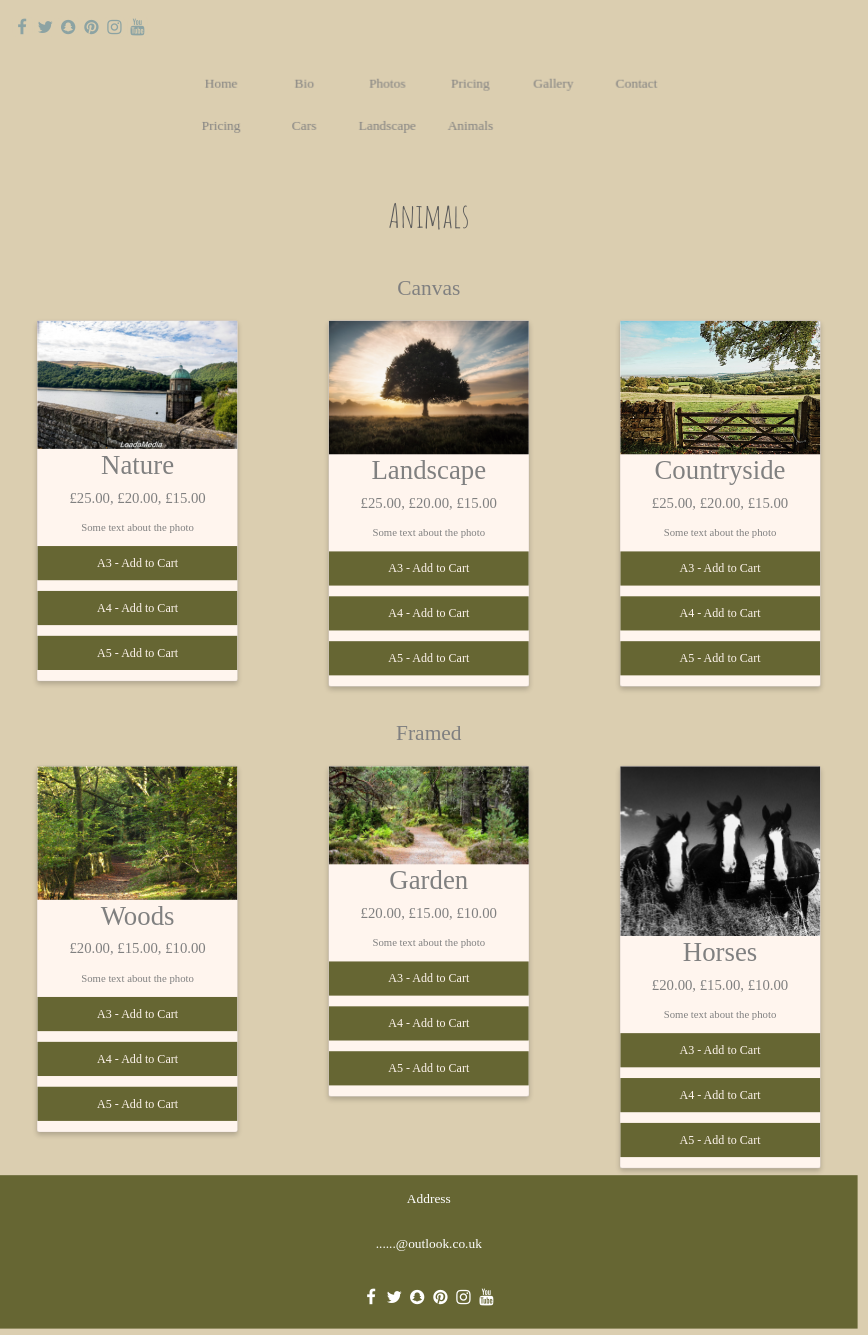
Repository: elizabeth24602/LoaderMedia
Page: landscape.html
The author's editor kept a record of every edit. The page is drawn from the files as they stood at one moment, then again after the next edit.
The browser window is 1280 px wide. The page is 1296 px wide, so the pictures cover 1296 px, including what lies to the right of the window. The pictures show the whole page, at 67% of full size.
Some web fonts or font styles are not loaded; a fallback is used.

Above is the page before.
Console error: TypeError: Cannot read properties of null (reading 'textContent')
Not found: Assests/images/

### landscape.html
<!DOCTYPE html>
<html lang="en">
<head>
    <meta charset="UTF-8">
    <meta name="viewport" content="width=device-width, initial-scale=1.0">
    <meta http-equiv="X-UA-Compatible" content="ie=edge">

    <link rel="stylesheet" href="static/css/bootstrap.min.css" type="text/css" />
    <link rel="stylesheet" href="static/css/dc.min.css" type="text/css" />



    <link rel="stylesheet" href="https://stackpath.bootstrapcdn.com/bootstrap/4.3.1/css/bootstrap.min.css" type="text/css" />
    <link rel="stylesheet" href="https://stackpath.bootstrapcdn.com/font-awesome/4.7.0/css/font-awesome.min.css" type="text/css" />
    <link href="https://fonts.googleapis.com/css?family=Lacquer&display=swap" rel="stylesheet">
    <link href="https://fonts.googleapis.com/css?family=Beth+Ellen&display=swap" rel="stylesheet">
    <link rel="stylesheet" href="https://cdnjs.cloudflare.com/ajax/libs/hover.css/2.3.1/css/hover-min.css" type="text/css" />
    <link rel="stylesheet" href="Assests/images/" type="text/css" />
    <link rel="stylesheet" href="Assests/css/style.css" type="text/css" />

    <title>Loader Media</title>

     <script type="text/javascript" src="static/js/d3.min.js"></script>
    <script type="text/javascript" src="static/js/crossfilter.min.js"></script>
    <script type="text/javascript" src="static/js/dc.min.js"></script>
    <script type="text/javascript" src="static/js/queue.min.js"></script>
    <script type="text/javascript" src="static/js/graph.js"></script>

</head>
<body>
     <header class="container-fluid">
        <div id="social-links" class="row">
        <div class="col-sm-4">
                <ul class="list-inline social-links">
                    <li class="list-inline-item">
                        <a target="_blank" href="#">
                            <i class="fa fa-facebook" aria-hidden="true"></i>
                            <span class="sr-only">Facebook</span>
                        </a>
                    </li>
                    <li class="list-inline-item">
                        <a target="_blank" href="#">
                            <i class="fa fa-twitter" aria-hidden="true"></i>
                            <span class="sr-only">Twitter</span>
                        </a>
                    </li>
                    <li class="list-inline-item">
                        <a target="_blank" href="#">
                            <i class="fa fa-snapchat" aria-hidden="true"></i>
                            <span class="sr-only">Snapchat</span>
                        </a>
                    </li>
                    <li class="list-inline-item">
                        <a target="_blank" href="#">
                            <i class="fa fa-pinterest" aria-hidden="true"></i>
                            <span class="sr-only">Pinterest</span>
                        </a>
                    </li>
                    <li class="list-inline-item">
                        <a target="_blank" href="#">
                            <i class="fa fa-instagram" aria-hidden="true"></i>
                            <span class="sr-only">Instagram</span>
                        </a>
                    </li>
                    <li class="list-inline-item">
                        <a target="_blank" href="#">
                            <i class="fa fa-youtube" aria-hidden="true"></i>
                            <span class="sr-only">YouTube</span>
                        </a>
                    </li>
                </ul>
            </div>
        </div>
         <div class="row no-gutters">
            <div class="col">
                <ul id="nav" class="list-inline menucontainer">
                    <li class="col-4 col-sm-2 ui-menu-color-home list-inline-item menuitem">
                        <a href="index.html" class="hvr-underline-from-center"><span>Home</span></a>
                    </li>
                    <li class="col-4 col-sm-2 ui-menu-color-bio list-inline-item menuitem">
                        <a href="bio.html" class="hvr-underline-from-center"><span>Bio</span></a>
                    </li>
                     <li class="col-4 col-sm-2 ui-menu-color-photos list-inline-item menuitem">
                        <a href="photos.html" class="hvr-underline-from-center"><span>Photos</span></a>
                    </li>
                    <li class="col-4 col-sm-2 ui-menu-color-pricing list-inline-item menuitem">
                        <a href="pricing.html" class="hvr-underline-from-center"><span>Pricing</span></a>
                    </li>
                    <li class="col-4 col-sm-2 ui-menu-color-gallery list-inline-item menuitem">
                        <a href="gallery.html" class="hvr-underline-from-center"><span>Gallery</span></a>
                    </li>
                    <li class="col-4 col-sm-2 ui-menu-color-contact list-inline-item menuitem">
                        <a href="contact.html" class="hvr-underline-from-center"><span>Contact</span></a>
                    </li>
                </ul>
            </div>
        </div>

         <div class="row no-gutters">
            <div class="col-sm-12">
                <ul id="nav" class="list-inline menucontainer">
                    <li class="col-4 col-sm-2 ui-menu-color-pricing list-inline-item menuitem">
                        <a href="pricing.html" class="hvr-underline-from-center"><span>Pricing</span></span></a>
                    </li>
                    <li class="col-4 col-sm-2 ui-menu-color-cars list-inline-item menuitem">
                        <a href="cars.html" class="hvr-underline-from-center"><span>Cars</span></a>
                    </li>
                     <li class="col-4 col-sm-2 ui-menu-color-landscape list-inline-item menuitem">
                        <a href="landscape.html.html" class="hvr-underline-from-center"><span>Landscape</span></a>
                    </li>
                    <li class="col-4 col-sm-2 ui-menu-color-animals list-inline-item menuitem">
                        <a href="animals.html" class="hvr-underline-from-center"><span>Animals</span></a>
                    </li>
                </ul>
            </div>
        </div>

        <div class="row no-gutters">
            <div class="col headings">
                <h3 class="name3">Animals</h3>
            </div>
        </div>
    </header>

    <section>

    <div class="row">
        <div class="col-sm-12">
            <h2 class="canvas">Canvas</h2>
        </div>
    </div>

    <div class="row">
    <div class="col-sm-4">
        <div class="card">
          <img src="Assests/images/nature.jpg" alt="nature" style="width:100%">
          <h1>Nature</h1>
              <p class="price">£25.00, £20.00, £15.00</p>
              <p>Some text about the photo</p>
              <p><button>A3 - Add to Cart</button></p>
              <p><button>A4 - Add to Cart</button></p>
              <p><button>A5 - Add to Cart</button></p>
        </div>
    </div>

    <div class="col-sm-4">
        <div class="card">
          <img src="Assests/images/landscape.jpg" alt="landscape" style="width:100%">
          <h1>Landscape</h1>
              <p class="price">£25.00, £20.00, £15.00</p>
              <p>Some text about the photo</p>
              <p><button>A3 - Add to Cart</button></p>
              <p><button>A4 - Add to Cart</button></p>
              <p><button>A5 - Add to Cart</button></p>
        </div>
    </div>

    <div class="col-sm-4">
        <div class="card">
          <img src="Assests/images/countryside.jpg" alt="countryside" style="width:100%">
          <h1>Countryside</h1>
              <p class="price">£25.00, £20.00, £15.00</p>
              <p>Some text about the photo</p>
              <p><button>A3 - Add to Cart</button></p>
              <p><button>A4 - Add to Cart</button></p>
              <p><button>A5 - Add to Cart</button></p>
        </div>
    </div>
</div>

    <div class="row">
        <div class="col-sm-12">
            <h2 class="canvas">Framed</h2>
        </div>
    </div>

    <div class="row">
    <div class="col-sm-4">
        <div class="card">
          <img src="Assests/images/woods.jpg" alt="woods" style="width:100%">
          <h1>Woods</h1>
              <p class="price">£20.00, £15.00, £10.00</p>
              <p>Some text about the photo</p>
              <p><button>A3 - Add to Cart</button></p>
              <p><button>A4 - Add to Cart</button></p>
              <p><button>A5 - Add to Cart</button></p>
        </div>
    </div>

    <div class="col-sm-4">
        <div class="card">
          <img src="Assests/images/endangered.jpg" alt="endangered" style="width:100%">
          <h1>Garden</h1>
              <p class="price">£20.00, £15.00, £10.00</p>
              <p>Some text about the photo</p>
              <p><button>A3 - Add to Cart</button></p>
              <p><button>A4 - Add to Cart</button></p>
              <p><button>A5 - Add to Cart</button></p>
        </div>
    </div>

    <div class="col-sm-4">
        <div class="card">
          <img src="Assests/images/horses.jpg" alt="horses" style="width:100%">
          <h1>Horses</h1>
              <p class="price">£20.00, £15.00, £10.00</p>
              <p>Some text about the photo</p>
              <p><button>A3 - Add to Cart</button></p>
              <p><button>A4 - Add to Cart</button></p>
              <p><button>A5 - Add to Cart</button></p>
        </div>
    </div>
</div>



    </section>

    <footer class="container-fluid bottom">
    <div id="footer-details" class="row">
        <div class="col-sm-12">
            <p class="address">Address</p>
        </div>
    </div>
        <div class="row">
            <div class="col-sm-12">
                <p class="email">......@outlook.co.uk</p>
            </div>
        </div>
        <div class="row">
            <div class="col-sm-12">
                        <ul class="list-inline social-links2 container-fluid">
                    <li class="list-inline-item">
                        <a target="_blank" href="#">
                            <i class="fa fa-facebook" aria-hidden="true"></i>
                            <span class="sr-only">Facebook</span>
                        </a>
                    </li>
                    <li class="list-inline-item">
                        <a target="_blank" href="#">
                            <i class="fa fa-twitter" aria-hidden="true"></i>
                            <span class="sr-only">Twitter</span>
                        </a>
                    </li>
                    <li class="list-inline-item">
                        <a target="_blank" href="#">
                            <i class="fa fa-snapchat" aria-hidden="true"></i>
                            <span class="sr-only">Snapchat</span>
                        </a>
                    </li>
                    <li class="list-inline-item">
                        <a target="_blank" href="#">
                            <i class="fa fa-pinterest" aria-hidden="true"></i>
                            <span class="sr-only">Pinterest</span>
                        </a>
                    </li>
                    <li class="list-inline-item">
                        <a target="_blank" href="#">
                            <i class="fa fa-instagram" aria-hidden="true"></i>
                            <span class="sr-only">Instagram</span>
                        </a>
                    </li>
                    <li class="list-inline-item">
                        <a target="_blank" href="#">
                            <i class="fa fa-youtube" aria-hidden="true"></i>
                            <span class="sr-only">YouTube</span>
                        </a>
                    </li>
                </ul>
            </div>
        </div>
    </footer>

</body>
</html>

### Assests/css/style.css
@import url('https://fonts.googleapis.com/css?family=Lacquer:100,200,300,400,500,600,700|Beth+Ellen:100,200,300,400,500,600,700|Pacifico:100,200,300,400,500,600,700|Amatic+SC:100,200,300,400,500,600,700');

/*-------------------------------Website Name */

.name {
    font-family: "Beth+Ellen";
     font-weight: 100;
    font-size: 80px;
    margin-top: 70px;
    text-align: center;
    color: #ffffff;
}

.name3 {
    font-family: "Amatic SC";
     font-weight: 60;
    font-size: 50px;
    margin-top: 70px;
    text-align: center;
    color: #595959;
}

/*-------------------------------Background */

body {
  background-color: #dbceb0;
}

/*-------------------------------Social */

.social-links {
    padding-top: 15px;
    padding-bottom: 15px;
}

.social-links li a i {
    width: 30px;
    height: 30px;
    padding: 12px 0;
    border-radius: 20%;
    font-size: 25px;
    line-height: 7px;
    text-align: center;
    color: #8ca3a3;
    background: #dbceb0;
    transition: all 0.35s ease-in-out;
    -moz-transition: all 0.35s ease-in-out;
    -webkit-transition: all 0.35s ease-in-out;
    -o-transition: all 0.35s ease-in-out;
}

/*-------------------------------menu */


.list-inline-item:not(:last-child) {
    margin: 0;
}

.menucontainer {
    font-size: 0;
    margin: auto;
    width: 60%;
    padding: 10px;
}

#nav li {
    font-size: 20px;
    font-family: 'Beth+Ellen';
    padding: 0;
}

.menuitem {
    text-align: center;
    padding: 0;
}

.body {
    text-align: center;
}


.menuitem2 a {
    width: 100%;
    text-decoration: none;
    color: #ffffff;
}

.menuitem a {
    width: 100%;
    text-decoration: none;
    color: #808080;
}

.hvr-underline-from-center:before {
    background-color: #ffffff;
    color: #d3d3d3;
}


.a:hover {
    text-decoration: none;
}

/*-------------------------------Footer */


.bottom {
    background-color: #666633;
    color: #ffffff;
    left: 0;
    bottom: 0;
    width: 100%;
    text-align: center;
}


.address {
    color: #ffffff;
    text-align: center;
    font-family: "Beth+Ellen";
    padding-top: 20px;
    font-size: 20px;
}
.email {
    color: #ffffff;
    text-align: center;
    font-family: "Beth+Ellen";
    padding: 10px;
    font-size: 20px;
}

.social-links2 {
    padding-top: 15px;
    padding-bottom: 15px;
    text-align: center;
}

.social-links2 li a i {
    width: 30px;
    height: 30px;
    padding: 12px 0;
    border-radius: 20%;
    font-size: 25px;
    line-height: 7px;
    text-align: center;
    color: #ffffff;
    transition: all 0.35s ease-in-out;
    -moz-transition: all 0.35s ease-in-out;
    -webkit-transition: all 0.35s ease-in-out;
    -o-transition: all 0.35s ease-in-out;
}

/*-------------------------------Home */

.index {
  background-image: url("../images/bryn.jpg");
  background-color: #fff5ee;
  height: 500px;
  background-position: cover;
  background-repeat: no-repeat;
  background-size: cover;
  text-align: center;
  background-attachment: scroll;
  min-height: 100%;
  min-width: 1024px;

  /* Set up proportionate scaling */
  width: 100%;
  height: auto;

  /* Set up positioning */
  position: fixed;
  top: 0;
  left: 0;
}

body {
  font-family: "Beth+Ellen", sans-serif;
}

.sidebar {
  height: 100%;
  width: 0;
  position: fixed;
  z-index: 1;
  top: 0;
  left: 0;
  background-color: #666633;
  overflow-x: hidden;
  transition: 0.5s;
  padding-top: 60px;
}

.sidebar a {
  padding: 8px 8px 8px 32px;
  text-decoration: none;
  font-size: 30px;
  font-family: "Amatic SC";
  color: #ffffff;
  display: block;
  transition: 0.3s;
}

.sidebar a:hover {
  color: #f1f1f1;
}

.sidebar .closebtn {
  position: relative;
  top: 0;
  right: 25px;
  font-size: 36px;
  margin-left: 50px;
}

.openbtn {
  font-size: 20px;
  cursor: pointer;
  background-color: #111;
  color: white;
  padding: 10px 15px;
  border: none;
}

.openbtn:hover {
  background-color: #444;
}

#main {
  transition: margin-left .5s;
  padding: 16px;
}

/* On smaller screens, where height is less than 450px, change the style of the sidenav (less padding and a smaller font size) */
@media screen and (max-height: 450px) {
  .sidebar {padding-top: 15px;}
  .sidebar a {font-size: 18px;}
}


/*-------------------------------Bio */

.silhouette {
  display: block;
  margin-left: auto;
  margin-right: auto;
  width: 80%;
  margin-top: 20px;
  margin-bottom: 20px;
}

.bio {
  font-family: "Beth+Ellen";
  text-align: center;
  margin-bottom: 20px;
}

.camera2 {
  display: block;
  margin-left: 10px;
  margin-right: 10px;
  width: 100%;
  margin-top: 20px;
  margin-bottom: 20px;
}

* {
  box-sizing: border-box;
}

.portfolio {
  font-family: "Beth+Ellen"
}

.main {
  max-width: 1000px;
  margin: auto;
}

.row {
  margin: 10px -16px;
}

.row,
.row > .column {
  padding: 8px;
}

.column {
  float: left;
  width: 33.33%;
}

.row:after {
  content: "";
  display: table;
  clear: both;
}

.content {
  background-color: #dbceb0;
  padding: 10px;
  font-family: "Beth+Ellen";
  text-align: center;
}

.show {
  display: block;
}

.btn {
  border: none;
  outline: none;
  padding: 12px 16px;
  background-color: #666633;
  color: #ffffff;
  font-family: "Beth+Ellen";
  cursor: pointer;
}

.btn:hover {
  background-color: #ddd;
}

.btn.active {
  background-color: #fff5ee;
  color: #808080;
}

/*-----------------------------Photos (Used W3 Schools to help with code, made my own modifications and altered coding)*/

.accordion {
  background-color: #666633;
  color: #ffffff;
  font-family: "Beth+Ellen";
  text-align: center;
  cursor: pointer;
  padding: 18px;
  margin: 20px;
  width: 100%;
  border: none;
  outline: none;
  font-size: 30px;
  transition: 0.4s;
}

.active, .accordion:hover {
  background-color: #fff5ee;
   color: #808080;
}

.panel {
  padding: 0 18px;
  display: none;
  background-color: #dbceb0;
  overflow: hidden;
  font-family: "Beth+Ellen";
  color: #808080;
  text-align: left;
  width: 50%
  font-size: 20px;
}

.row > .column {
  padding: 0 8px;
}

.row:after {
  content: "";
  display: table;
  clear: both;
}

.column {
  float: left;
  width: 25%;
}

.modal {
  display: none;
  position: fixed;
  z-index: 1;
  padding-top: 100px;
  left: 0;
  top: 0;
  width: 100%;
  height: 100%;
  overflow: auto;
  background-color: #666633;
}

.modal-content {
  position: relative;
  background-color: #fff5ee;
  margin: auto;
  padding: 0;
  width: 90%;
  max-width: 1200px;
}

.close {
  color: white;
  position: absolute;
  top: 10px;
  right: 25px;
  font-size: 35px;
  font-weight: bold;
}

.close:hover,
.close:focus {
  color: #999;
  text-decoration: none;
  cursor: pointer;
}

.mySlides {
  display: none;
}

.prev,
.next {
  cursor: pointer;
  position: absolute;
  top: 50%;
  width: auto;
  padding: 16px;
  margin-top: -50px;
  color: white;
  font-weight: bold;
  font-size: 20px;
  transition: 0.6s ease;
  border-radius: 0 3px 3px 0;
  user-select: none;
  -webkit-user-select: none;
}

.next {
  right: 0;
  border-radius: 3px 0 0 3px;
}

.prev:hover,
.next:hover {
  background-color: #fff5ee;
}

.numbertext {
  color: #000000;
  font-size: 12px;
  padding: 8px 12px;
  position: absolute;
  top: 0;
}

.caption-container {
  text-align: center;
  font-family: "Beth+Ellen"
  padding: 2px 16px;
  color: #808080;
}

img.demo {
  opacity: 0.6;
}

.active,
.demo:hover {
  opacity: 1;
}

img.hover-shadow {
  transition: 0.3s;
}

.hover-shadow:hover {
  box-shadow: 0 4px 8px 0 rgba(0, 0, 0, 0.2), 0 6px 20px 0 rgba(0, 0, 0, 0.19);
}


/*-------------------------------Pricing */
.dropbtn {
  background-color: #666633;
  color: white;
  font-family: "Pacifico";
  padding: 16px;
  margin-top: 20%;
  margin-left: 50%;
  margin-right: 50%;
  margin-bottom: 10px;
  font-size: 20px;
  border: none;
  cursor: pointer;
}

.dropbtn:hover, .dropbtn:focus {
  background-color: #fff5ee;
  color: #808080;
}

.dropdown {
  position: center;
  display: inline-block;
}

.dropdown-content {
  display: none;
  position: center;
  margin-right: 50%;
  margin-left: 50%;
  margin-top: 10px;
  margin-bottom: 10px;
  background-color: #fff5ee;
  min-width: 160px;
  overflow: auto;
  box-shadow: 0px 8px 16px 0px rgba(0,0,0,0.2);
  z-index: 1;
}

.dropdown-content a {
  color: #808090;
  font-family: "Pacifico";
  text-align: center;
  padding: 12px 16px;
  text-decoration: none;
  display: block;
}

.dropdown a:hover {background-color: #666633;}

.show {display: block;}

/*-------------------------------Cars, Landscape, Anoimals */
.canvas {
  color: #808080;
  font-family: "Beth+Ellen";
  text-align: center;
  margin-bottom: 20px;
  margin-top: 40px;
}
.card {
  box-shadow: 0 4px 8px 0 rgba(0, 0, 0, 0.2);
  max-width: 300px;
  margin: auto;
  text-align: center;
  font-family: "Beth+Ellen";
  color: #808080;
  background-color: #fff5ee;
}

.price {
  color: grey;
  font-size: 22px;
}

.card button {
  border: none;
  outline: 0;
  padding: 12px;
  color: #fff5ee;
  background-color: #666633;
  text-align: center;
  cursor: pointer;
  width: 100%;
  font-size: 18px;
}

.card button:hover {
  opacity: 0.7;
}

/*-------------------------------Gallery */
.row {
  display: flex;
  flex-wrap: wrap;
  padding: 0 4px;
}

/* Create four equal columns that sits next to each other */
.column {
  flex: 25%;
  max-width: 25%;
  padding: 0 4px;
}

.column img {
  margin-top: 20px;
  margin-bottom: 10px;
  margin-left: 10px;
  margin-right: 10px;
  vertical-align: middle;
  width: 100%;
}

/* Responsive layout - makes a two column-layout instead of four columns */
@media screen and (max-width: 800px) {
  .column {
    flex: 50%;
    max-width: 50%;
  }
}

/* Responsive layout - makes the two columns stack on top of each other instead of next to each other */
@media screen and (max-width: 600px) {
  .column {
    flex: 100%;
    max-width: 100%;
  }
}
/*-------------------------------contact */

.contact-heading {
    font-family: "Beth+Ellen";
    text-align: center;
    font-weight: 100;
    margin-top: 25px;
    margin-bottom: 20px;
    color: #808080;
}

.text-center {
    font-family: "pacifico";
    text-align: center;
    font-weight: 100;
    margin-top: 25px;
    margin-bottom: 20px;
    color: #808080;
}


.center-form {
    padding-top: 10px;
    margin: 0 auto;
    max-width: 70%;
    font-family: "Beth+Ellen";
}

button[type="submit"] {
    margin-top: 15px;
    margin-bottom: 20px;
    background-color: #666633;
    color: #fafafa;
    font-family: "Beth+Ellen";
}

.chat {
   font-family: "Beth+Ellen";
    font-weight: 100;
    margin-top: 180px;
    margin-bottom: 20px;
    text-align: center;
    color: #595959;
}

.number {
     font-family: "pacifico";
    font-weight: 100;
    margin-top: 125px;
    margin-bottom: 20px;
    text-align: center;
    color: #808080;
}

.laptop {
    display: block;
  margin-left: auto;
  margin-right: auto;
  margin-top: 20px;
  width: 90%;
}

.phone {
  display: block;
  margin-left: auto;
  margin-right: auto;
  margin-top: 20px;
  margin-bottom: 20px;
  width: 90%;
  border-radius: 8px;
}

Loaded but not shown: static/css/bootstrap.min.css (library); static/css/dc.min.css (library); static/js/d3.min.js (library); static/js/crossfilter.min.js (library); static/js/dc.min.js (library); static/js/queue.min.js (common file); static/js/graph.js (141 lines, source omitted)

After the next edit:
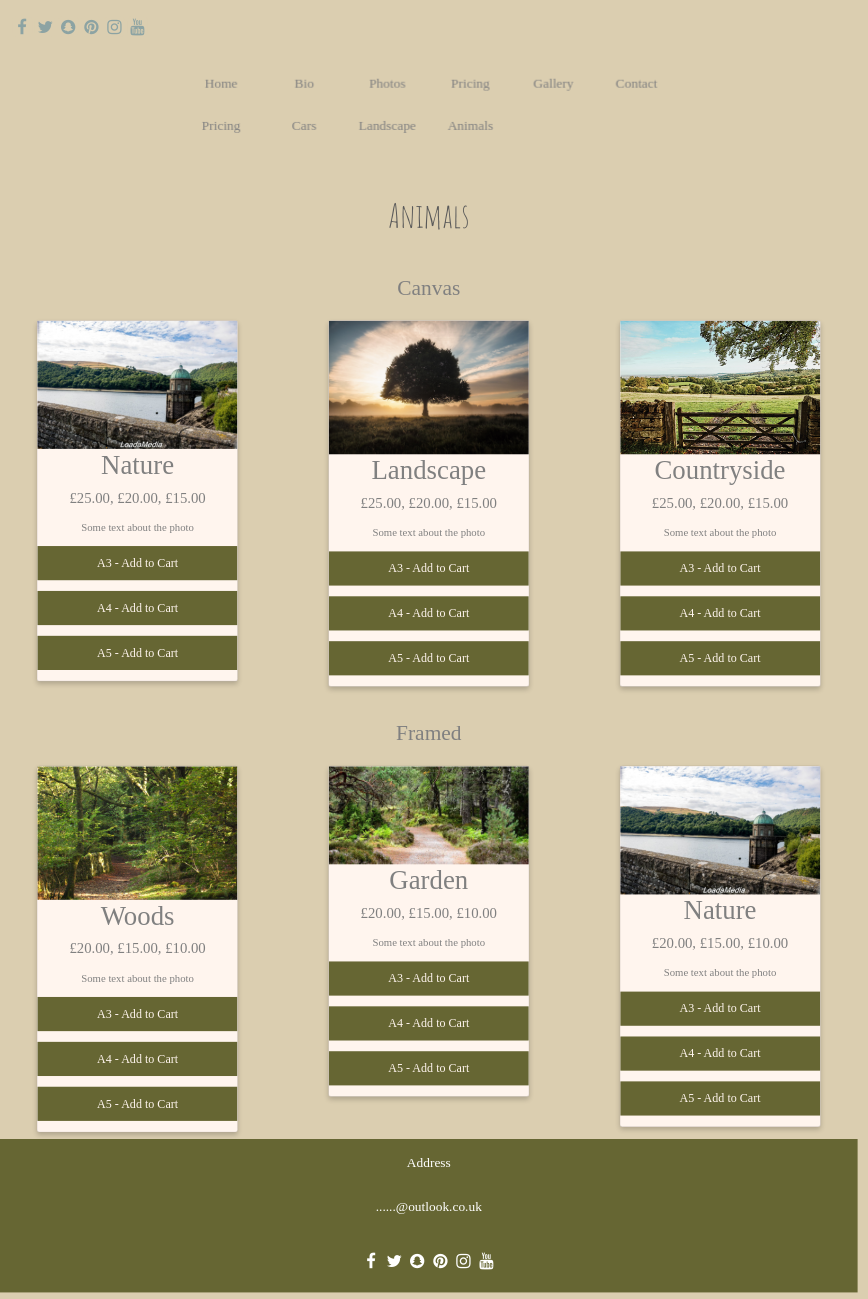
The edit:
--- a/landscape.html
+++ b/landscape.html
@@ -201,8 +201,8 @@
 
     <div class="col-sm-4">
         <div class="card">
-          <img src="Assests/images/horses.jpg" alt="horses" style="width:100%">
-          <h1>Horses</h1>
+          <img src="Assests/images/nature.jpg" alt="nature" style="width:100%">
+          <h1>Nature</h1>
               <p class="price">£20.00, £15.00, £10.00</p>
               <p>Some text about the photo</p>
               <p><button>A3 - Add to Cart</button></p>
